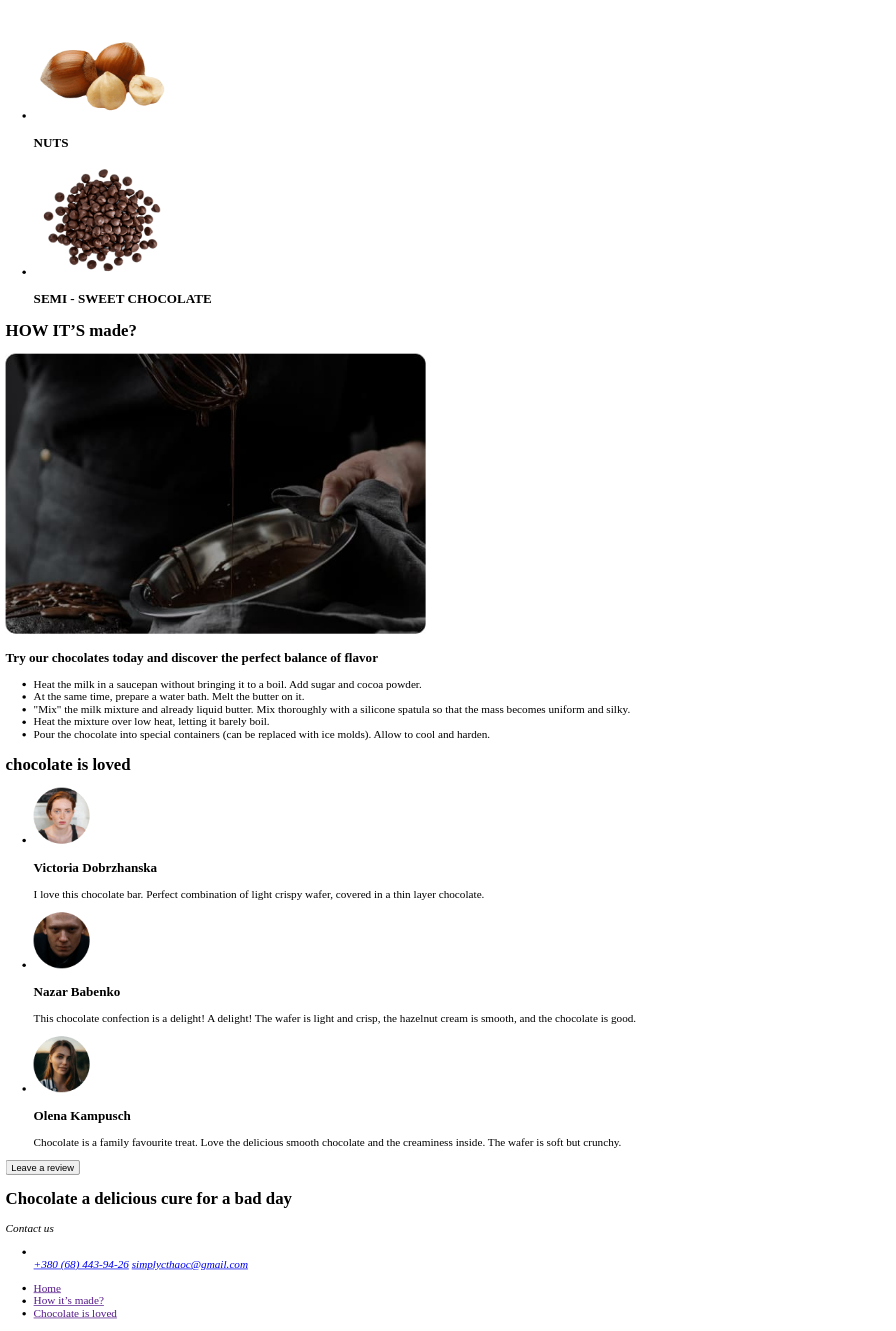
Repository: Sofiia-Khomyk/goit-markup-class-01
Page: index.html
The author's editor kept a copy of each file at every save. The page is drawn from the files as they stood at one save, then again after the next save.
The browser window is 1280 px wide. The pictures show the part of the page from y = 1135 to 3055 px (the page is 3037 px tall before and 3055 px after), at 70% of full size.

Above is the page before, as saved 2024-11-11 16:31:17.

After the next save:
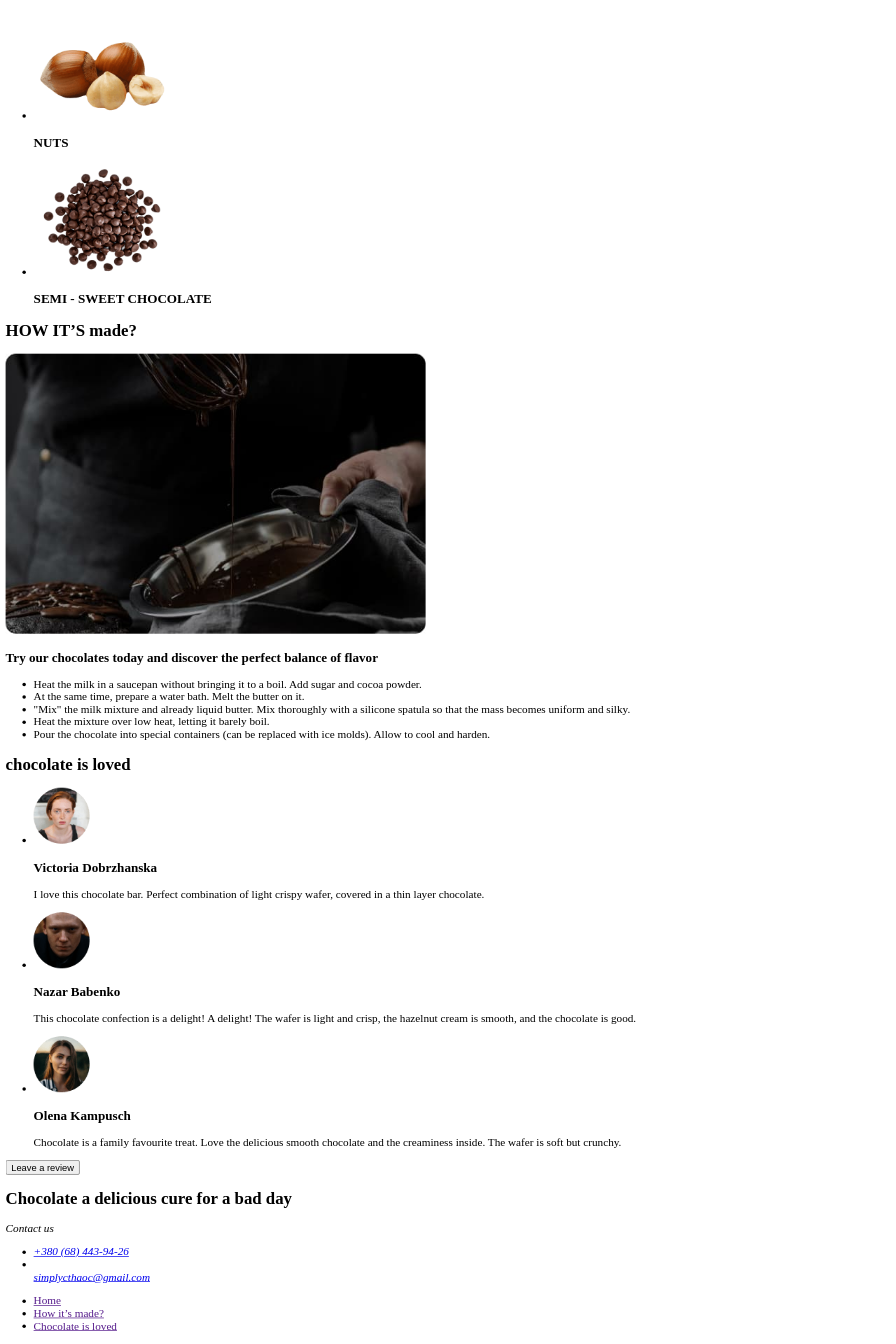
Saved 18 s later.
--- a/index.html
+++ b/index.html
@@ -214,8 +214,9 @@
       <address>
         <p>Contact us</p>
         <ul>
+          <li><a href="tel:+3804439426">+380 (68) 443-94-26</a></li>
+
           <li></li>
-          <a href="tel:+3804439426">+380 (68) 443-94-26</a>
           <a href="mailto:simplycthаoc@gmail.com">simplycthаoc@gmail.com</a>
         </ul>
       </address>
